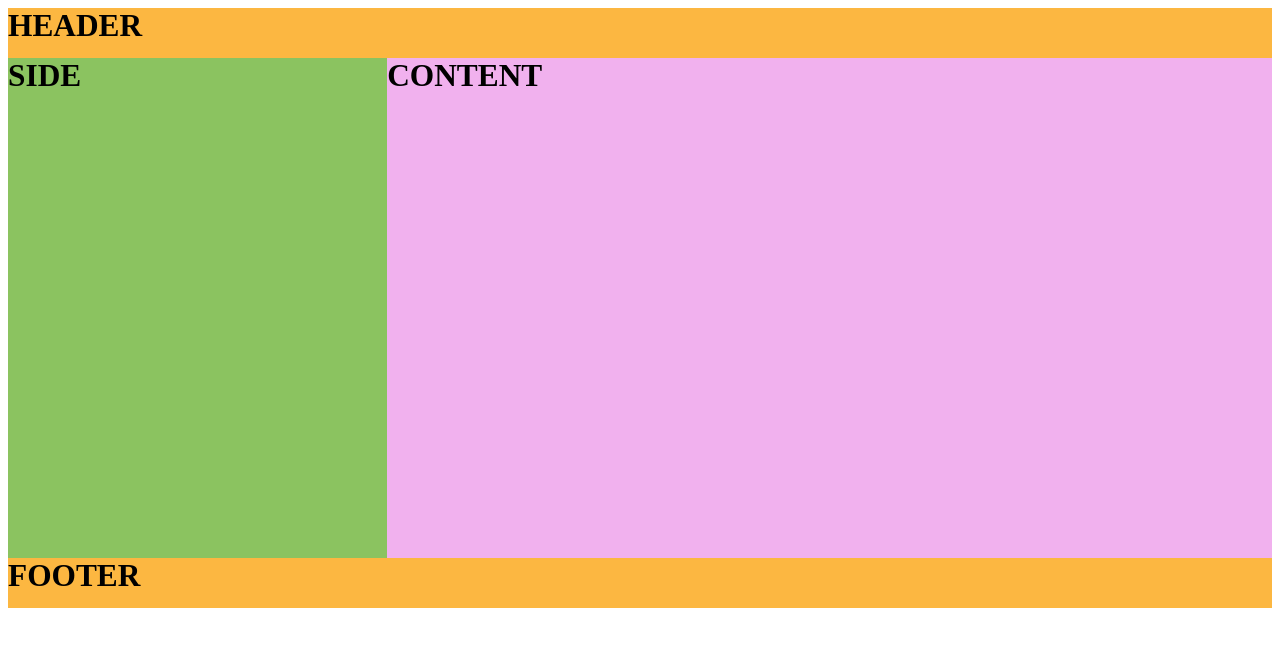
Repository: DuongThanhLong/Basic-responsive-HTML--CSS
Page: Flexbox/index.html
The author's editor kept a copy of each file at every save. The page is drawn from the files as they stood at one save, then again after the next save.
The browser window is 1280 px wide. The pictures show the whole page.

Above is the page before, as saved 2021-09-21 20:12:36.

After the next save:
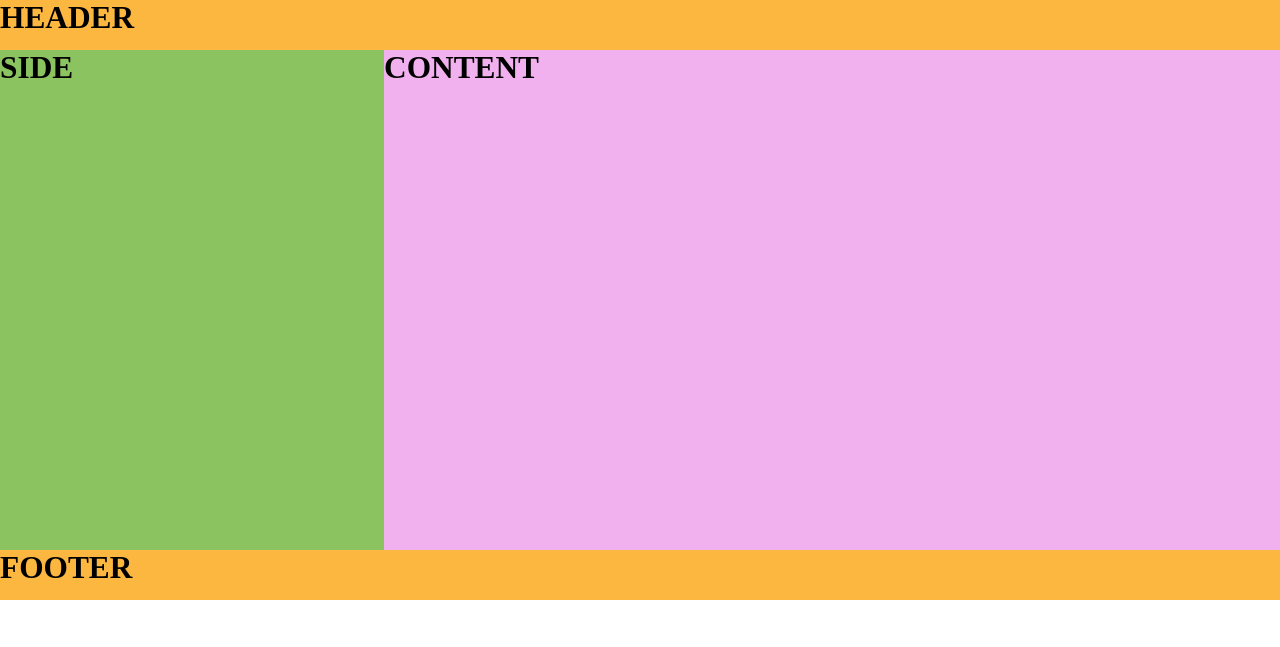
Saved 6 min 6 s later.
--- a/Flexbox/style.css
+++ b/Flexbox/style.css
@@ -1,5 +1,7 @@
 * {
-    box-sizing: inherit;
+    box-sizing: border-box;
+    margin: 0;
+    padding: 0;
     font-size: 1.4rem;
 }
 
